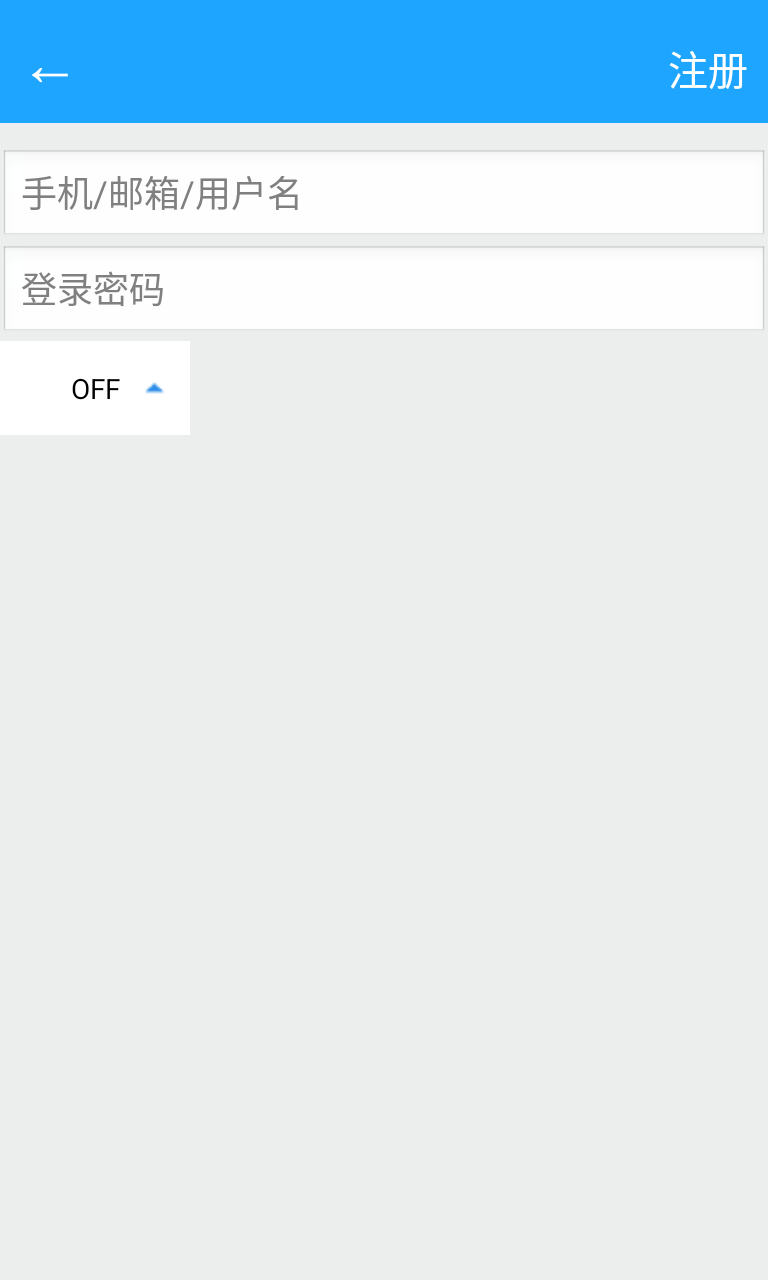
Repository: shi1hh/v
Layout: HungryTest/res/layout/login.xml
An editor plug-in stored every save of this project. The layout is shown before and after the next save, followed by the edit.
It is drawn on a 768 x 1280 px phone screen (xhdpi) without system bars, with theme android:Theme.Light.NoTitleBar; the app's code is not run.

Above is the layout before, as saved 2015-10-24 17:03:32.

After the next save:
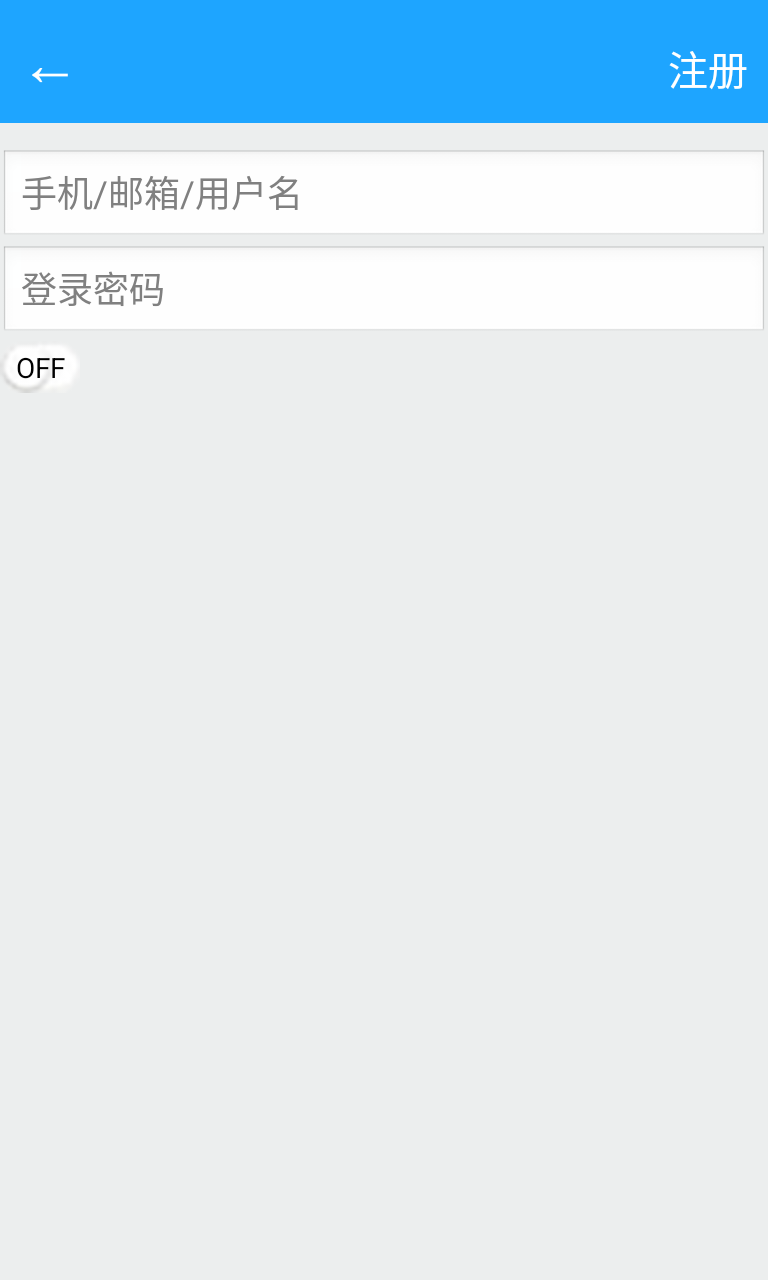
Saved 15 min 43 s later.
--- a/HungryTest/res/drawable/selector_login_toggle.xml
+++ b/HungryTest/res/drawable/selector_login_toggle.xml
@@ -1,6 +1,6 @@
 <?xml version="1.0" encoding="utf-8"?>
 <selector xmlns:android="http://schemas.android.com/apk/res/android" >
-    <item android:state_checked="true" android:drawable="@drawable/spinnerdrag1"
+    <item android:state_checked="true" android:drawable="@drawable/toggleon"
         ></item>
-<item android:drawable="@drawable/spinnerdrag2"></item>
+<item android:drawable="@drawable/toggleoff"></item>
 </selector>
